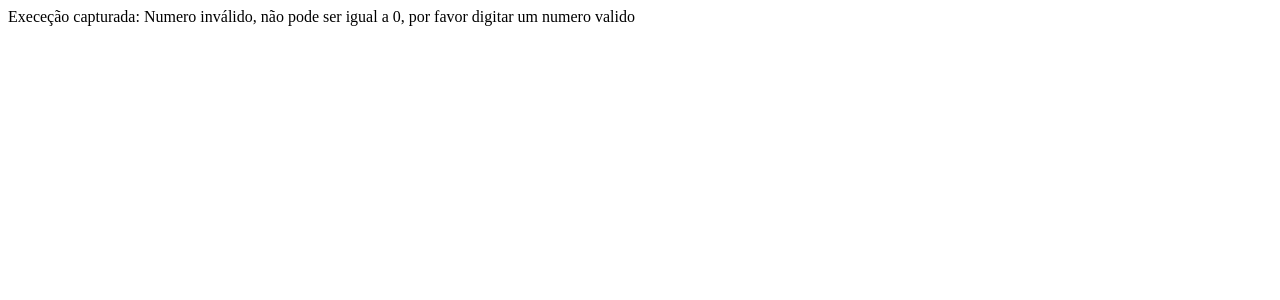
Repository: DiegoCamaraDev/exercicioPhp
Page: http://localhost/excecao.php
These files come from the project's save history. The page is drawn as it stood at one moment and after the next save; the edit follows.
The browser window is 1280 px wide. The pictures show the whole page.
The page is run by PHP 8.4 with error messages shown; the project is at /var/www/html/.

Above is the page before, as saved 2024-06-11 11:48:10.

### excecao.php
<?php

class calculo{

public int $num1;
public int $num2;

public function divisao($num1, $num2)
    {
        try{
            if (($num1 == 0) || ($num2 == 0)) {
                throw new Exception('Numero inválido, não pode ser igual a 0, por favor digitar um numero valido');
            }

            else{
                return  $num1/$num2;
            }
        }catch (Exception $e)
        {
            echo 'Execeção capturada: ' . $e->getMessage() . "\n";
        }
    }
}

$divisao = new calculo();
echo ($divisao->divisao(0,5));

?>

After the next save:
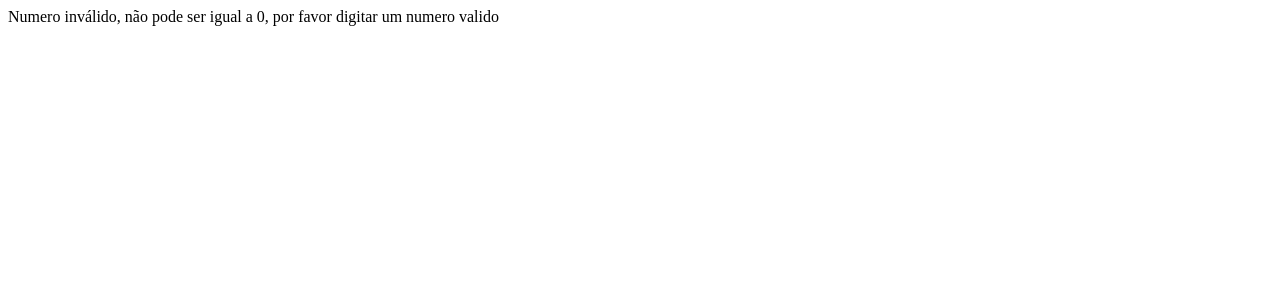
Saved 11 min 48 s later.
--- a/excecao.php
+++ b/excecao.php
@@ -17,7 +17,7 @@ public function divisao($num1, $num2)
             }
         }catch (Exception $e)
         {
-            echo 'Execeção capturada: ' . $e->getMessage() . "\n";
+            echo ' ' . $e->getMessage() . "\n";
         }
     }
 }

After the save that followed:
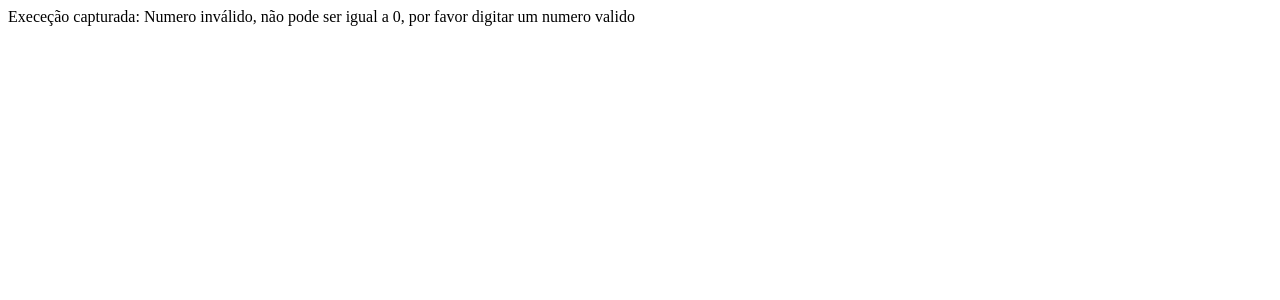
Saved 4 s later.
--- a/excecao.php
+++ b/excecao.php
@@ -9,7 +9,7 @@ public function divisao($num1, $num2)
     {
         try{
             if (($num1 == 0) || ($num2 == 0)) {
-                throw new Exception('Numero inválido, não pode ser igual a 0, por favor digitar um numero valido');
+                throw new Exception('Execeção capturada: Numero inválido, não pode ser igual a 0, por favor digitar um numero valido');
             }
 
             else{
